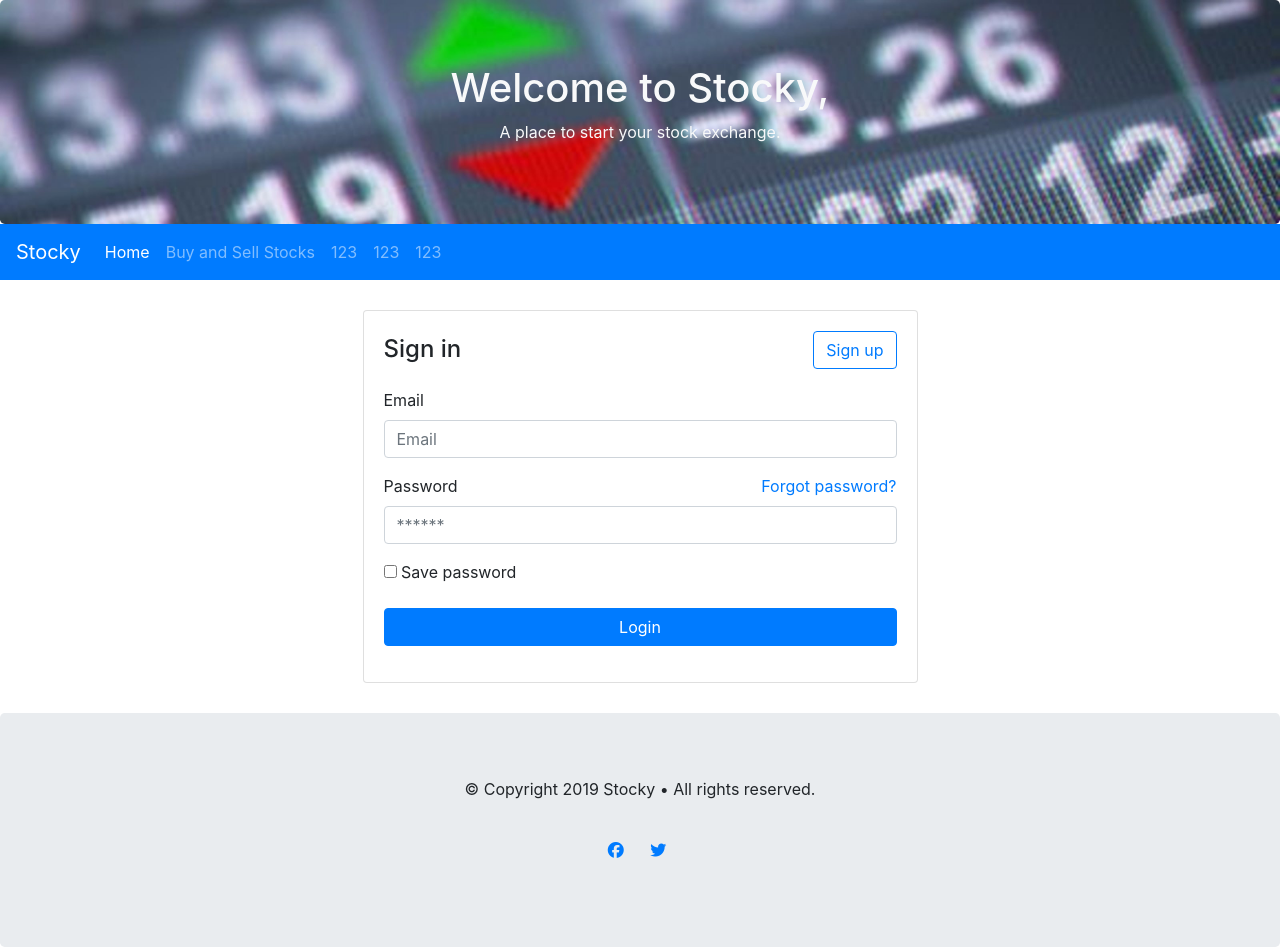
Repository: madfufuu/stocky
Page: http://localhost/stocky/index.jsp
The author's editor kept a copy of each file at every save. The page is drawn from the files as they stood at one save, then again after the next save.
The browser window is 1280 px wide. The pictures show the whole page.
Some web libraries are served in a nearby version. The page is served by Tomcat 9.

Above is the page before, as saved 2019-11-27 23:25:24.

After the next save:
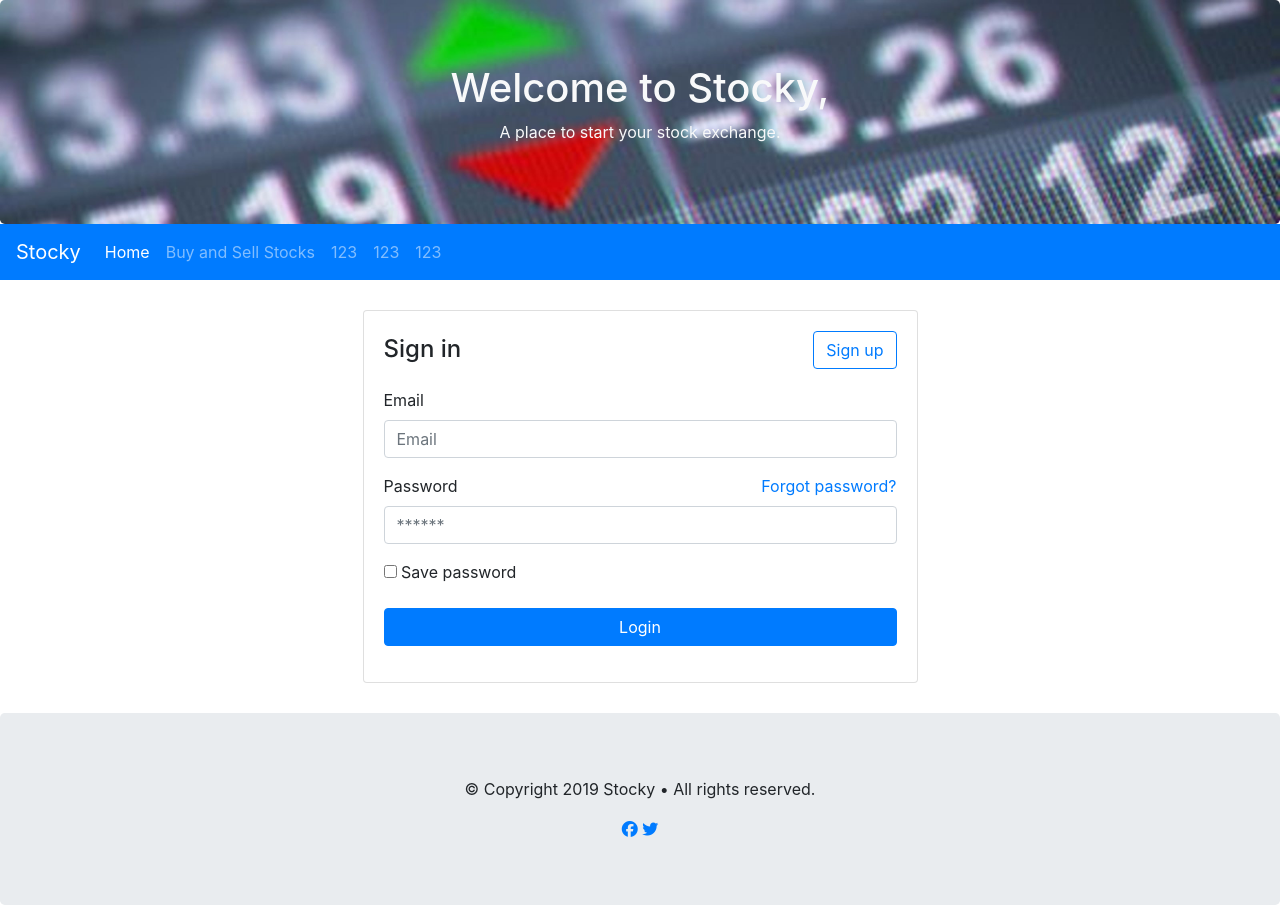
Saved 2 min 7 s later.
--- a/stocky-new-master/stocky/WebContent/style.css
+++ b/stocky-new-master/stocky/WebContent/style.css
@@ -14,15 +14,7 @@
   background-size: cover;
 }
 
-.fa {
-  padding: 20px;
-  font-size: 30px;
-  width: 30px;
-  text-align: center;
-  text-decoration: none;
-  margin: 5px 2px;
-  border-radius: 50%;
-}
+
 
 .fa:hover {
     opacity: 0.7;
